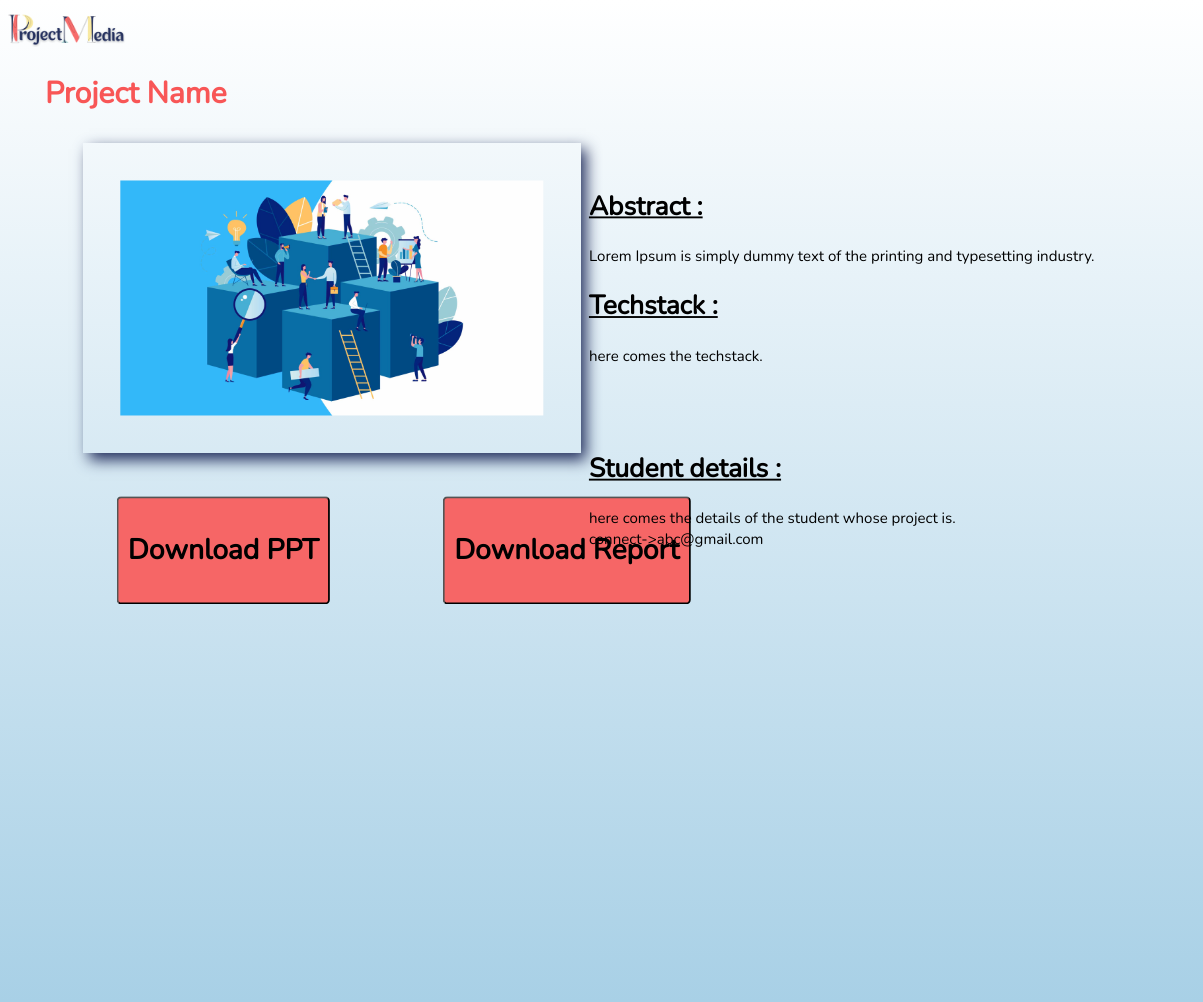
Repository: Sanskriti002/Projectpage
Page: index.html
An editor plug-in stored every save of this project. The page is shown before and after a run of saves, followed by the edit.
The browser window is 1280 px wide. The pictures show the whole page, at 94% of full size.

Above is the page before, as saved 2023-09-21 11:56:56.

After the next 2 saves:
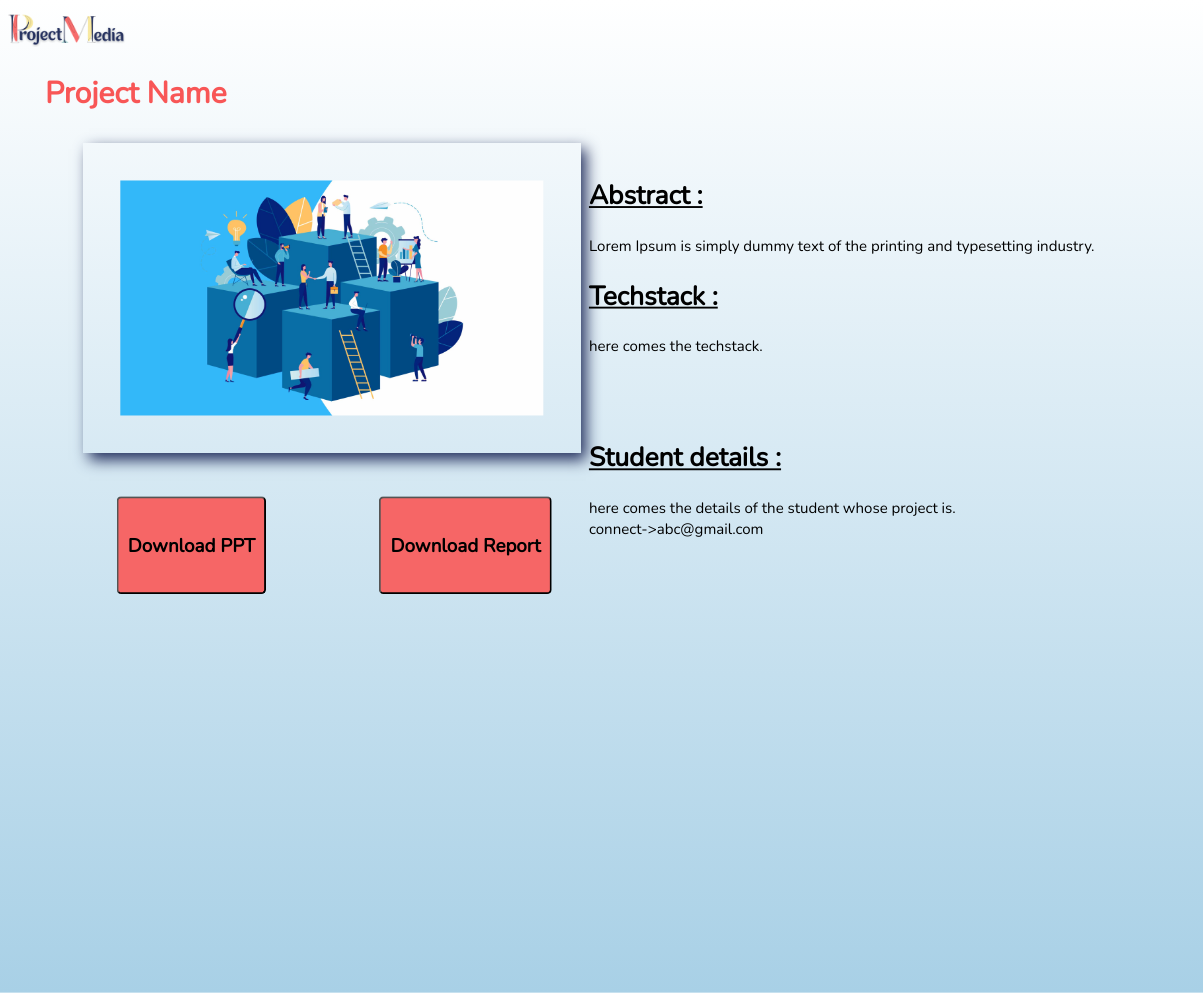
The 2 saves are shown as one change because they came seconds apart.
The last was saved 8 s later.
--- a/index.html
+++ b/index.html
@@ -20,8 +20,8 @@
         <img src="project.jpg" alt="projectimage">
     </section>
     <section>
-        <button type="button" class="btn" onclick="alert('Downloaded')"> <h2>Download PPT</h2></button>
-        <button type="button" class="btn" onclick="alert('Downloaded')"><h2>Download Report</h2></button>
+        <button type="button" class="btn" onclick="alert('Downloaded')"> <h4>Download PPT</h4></button>
+        <button type="button" class="btn" onclick="alert('Downloaded')"><h4>Download Report</h4></button>
     </section>
     <section class="content">
         <h2><u>Abstract :</u></h2></h2>
